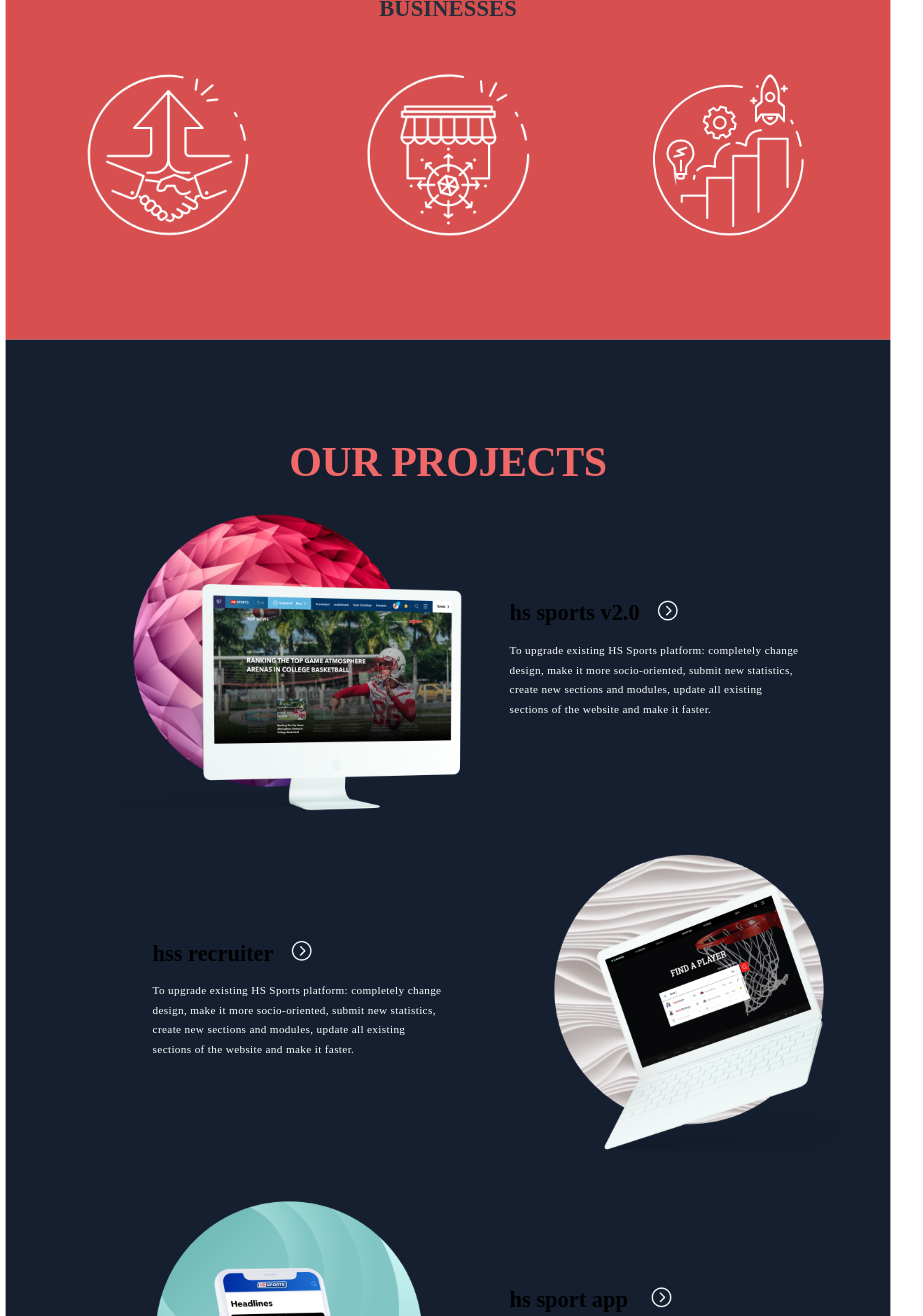
Repository: batonAnton/Ukiepro_girl
Page: index.html
An editor plug-in stored every save of this project. The page is shown before and after the next save, followed by the edit.
The browser window is 1280 px wide. The page is 1318 px wide, so the pictures cover 1318 px, including what lies to the right of the window. The pictures show the part of the page from y = 3146 to 5026 px (the page is 9087 px tall), at 70% of full size.

Above is the page before, as saved 2020-04-28 15:02:22.

### index.html
<!DOCTYPE html>
<html lang="en">
  <head>
    <meta charset="UTF-8" />
    <meta name="viewport" content="width=device-width, initial-scale=1.0" />
    <meta content="width=device-width, initial-scale=1" name="viewport" />
    <title>Main Page</title>
    <link rel="stylesheet" href="./Css/style.css" />
    <link rel="stylesheet" href="./Css/media-query.css" />
    <link rel="stylesheet" href="Css/owl.carousel.min.css" />

    <script
      src="https://code.jquery.com/jquery-3.4.1.slim.min.js"
      integrity="sha256-pasqAKBDmFT4eHoN2ndd6lN370kFiGUFyTiUHWhU7k8="
      crossorigin="anonymous"
    ></script>
    <script src="js/owl.carousel.min.js"></script>
    <script src="js/owl-carousel.js"></script>
  </head>
  <body>
    <div>
      <div class="block1">
        <nav>
          <a href="">services</a>
          <a href="">about</a>
          <a href="">portfolio</a>
          <a href="">contact</a>
        </nav>
        <div class="big_logo">
          <img src="./img/Combined_Shape.png" alt="" />

          <div class="btn_block1">
            <p>
              Automating your <br />
              business is up to
            </p>

            <button>Contact us</button>
          </div>
        </div>
        <div class="girl">
          <img src="./img/girl.png" alt="" />
        </div>
      </div>

      <div class="container block2">
        <div class="block2_info">
          <div class="block2_img">
            <img src="/img/block2_logo.png" alt="" />
          </div>

          <div class="weare">
            <h1 class="h1_general">we are</h1>
            <p>
              Business is not about success but about efficiency! <br />
              We are engaged in the implementation of automated <br />
              solutions for commercially-oriented projects. We <br />
              redesign in order to save your time and money.
            </p>
            <button>More about us</button>
          </div>
        </div>

        <div class="container three_img_info">
          <div class="same_img_info">
            <h1>designers</h1>
            <img src="./img/designer.png" alt="" />
            <p>create</p>
          </div>

          <div class="same_img_info">
            <h1>developers</h1>
            <img src="./img/developers.png" alt="" />
            <p>programme</p>
          </div>

          <div class="same_img_info">
            <h1>qa testers</h1>
            <img src="./img/qa.png" alt="" />
            <p>quality</p>
          </div>
        </div>

        <div class="container block2_info2">
          <div class="wemake">
            <h1 class="h1_general">we make</h1>

            <p>
              New tools for organizing new approaches and principles of <br />
              work. <br />
              We create custom websites and mobile applications from <br />
              scratch. We take a new look at ready-made websites and <br />
              mobile applications. <br />
              Basically, these are business tools that organize people's <br />
              work, and help to collect and analyze information.
            </p>

            <button>Our services</button>
          </div>

          <div class="block2_img_rombo">
            <img src="/img/rombo.png" alt="" />
          </div>
        </div>

        <div class="container block2_info2 lastblock">
          <!-- <div> -->
          <h1 class="h1_general" style="margin-left: 10%;">
            technology partner for
          </h1>
          <!-- </div> -->

          <div class="same_img_info">
            <h1>co-founder</h1>
            <img src="./img/co-founder.png" alt="" />
          </div>

          <div class="same_img_info">
            <h1>
              small & medium <br />
              businesses
            </h1>
            <img src="./img/business.png" alt="" />
          </div>

          <div class="same_img_info">
            <h1>startups</h1>
            <img src="./img/startup.png" alt="" />
          </div>
        </div>
      </div>

      <!-- block3 -->

      <div class="block3">
        <h1 class="h1_general">our projects</h1>
        <div class="container block3_same_block">
          <img src="./img/block3_1.png" alt="" />
          <div class="block3_info">
            <h1>
              hs sports v2.0<button class="row_btn">
                <img src="./img/ico_next.png" alt="" />
              </button>
            </h1>
            <p>
              To upgrade existing HS Sports platform: completely change <br />
              design, make it more socio-oriented, submit new statistics, <br />
              create new sections and modules, update all existing <br />
              sections of the website and make it faster.
            </p>
          </div>
        </div>

        <div class="container block3_same_block block3_2">
          <img src="./img/block3_2.png" alt="" />
          <div class="block3_info_2">
            <h1>
              hss recruiter<button class="row_btn">
                <img src="./img/ico_next.png" alt="" />
              </button>
            </h1>
            <p>
              To upgrade existing HS Sports platform: completely change <br />
              design, make it more socio-oriented, submit new statistics, <br />
              create new sections and modules, update all existing <br />
              sections of the website and make it faster.
            </p>
          </div>
        </div>

        <div class="container block3_same_block">
          <img src="./img/block3_3.png" alt="" />
          <div class="block3_info">
            <h1>
              hs sport app
              <button class="row_btn">
                <img src="./img/ico_next.png" alt="" />
              </button>
            </h1>
            <p>
              To upgrade existing HS Sports platform: completely change <br />
              design, make it more socio-oriented, submit new statistics, <br />
              create new sections and modules, update all existing <br />
              sections of the website and make it faster.
            </p>
          </div>
        </div>
        <button>view all</button>
      </div>

      <!-- block4 -->

      <div class="block4">
        <img src="./img/block4_people.png" alt="" />
        <div class="block4_info">
          <h1>THE TEAM</h1>
          <p>
            Talented developers. <br />
            We are the team of 25 talented and experienced developers. <br />
            <br />
            We started working on a startup, we engage up to 5 programmers, 1
            <br />
            QA and a manager. Thus, efficient and successful products involve 25
            <br />
            people working on them.
          </p>
        </div>
      </div>

      <!-- block5_slide carousel -->

      <div class="container block5">
        <div class="owl-carousel">
          <!-- <div class="item">
            <div class="block5_info">
              <img src="./img/img_ava.png" alt="" />
              <h1>D.Tramble</h1>
              <p>
                Oh my God! After starting an automated <br />
                process of an old business, I have got the <br />
                impression that 10 people in the company just <br />
                pretend to be working!
              </p>
            </div>
          </div> -->

          <p>
            Lorem ipsum, dolor sit amet consectetur adipisicing elit. Molestias,
            necessitatibus possimus libero at quidem quibusdam cum quis debitis
            sed ea excepturi blanditiis doloremque nobis! Laudantium nihil quis
            enim amet modi!
          </p>

          <p>
            Lorem ipsum, dolor sit amet consectetur adipisicing elit. Molestias,
            necessitatibus possimus libero at quidem quibusdam cum quis debitis
            sed ea excepturi blanditiis doloremque nobis! Laudantium nihil quis
            enim amet modi!
          </p>

          <p>
            Lorem ipsum, dolor sit amet consectetur adipisicing elit. Molestias,
            necessitatibus possimus libero at quidem quibusdam cum quis debitis
            sed ea excepturi blanditiis doloremque nobis! Laudantium nihil quis
            enim amet modi!
          </p>
        </div>
      </div>

      <!-- block6 anketa -->

      <div class="container block6">
        <div class="block6_info1">
          <div class="block6_info">
            <h1>get in touch</h1>
            <p>If you’ve got an issue, feel free to contact us.</p>

            <form action="">
              <!-- <label for="fname">Your name</label> <br> -->
              <input
                type="text"
                name="fname"
                id="fname"
                placeholder="Your name"
              />
              <br />
              <input
                type="tel"
                id="phone"
                name="phone"
                placeholder="mobile phone"
              />
              <br />
              <input type="email" placeholder="e-mail" /> <br />
              <input type="text" name="message" id="" placeholder="Message" />
              <br />
            </form>

            <button>Send</button>
          </div>
        </div>
        <div class="block6_img">
          <img src="./img/block6_girl.png" alt="" />
        </div>
      </div>

      <div class="container block7">
        <div class="block7_info1">
          <input
            type="image"
            id="image"
            alt="Login"
            src="./img/ukrepro_logo_foot.png"
            alt="logo"
          />
          <p>
            Company slogan or other description. <br />
            Main features that calls positive emotions <br />
            from users. Readable text, SEO, keywords <br />
            etc.
          </p>

          <input
            class="socialNet"
            type="image"
            id="image"
            alt="Login"
            src="./img/facebook.png"
            alt=""
          />
          <input
            class="socialNet"
            type="image"
            id="image"
            alt="Login"
            src="./img/instagram.png"
            alt=""
          />
        </div>

        <div class="block7_info2">
          <div class="nav_div">
            <h1>menu</h1>
            <nav>
              <a href="">Home page</a>
              <a href="">services</a>
              <a href="">about</a>
              <a href="">portfolio</a>
              <a href="">contact</a>
            </nav>
          </div>

          <div class="contacts_nav">
            <h1>contacts</h1>
            <nav>
              <a href="#location"
                ><img src="./img/icon_location.png" alt="" /> Lviv, Lemkivska
                9</a
              >
              <a href="email">
                <img src="./img/icon_email .png" alt="" /> info@ukiepro.com</a
              >
              <a href="phoneNum">
                <img src="./img/icon_phone.png" alt="" /> +38 (093) 69 81 184<br />
                +38 (099) 642 51 09</a
              >
            </nav>
          </div>
        </div>
      </div>

      <footer>
        <p>All rights reserved © 2019</p>
      </footer>
    </div>
  </body>
</html>

### Css/media-query.css
@media all and (max-width: 1920px) {
  .block2_img_rombo img {
    margin: -12% 0% 0% 55%;
  }
}

@media all and (min-width: 1785px) and (max-width: 1880px) {
  block2_img img {
    left: -29%;
  }
}

@media all and (min-width: 1620px) and (max-width: 1785px) {
  block2_img img {
    left: -40%;
  }
}

@media all and (min-width: 1620px) and (max-width: 1780px) {
  .block2_img img {
    left: -36%;
  }
}
@media all and (max-width: 1705px) {
  .block2_img img {
    left: -33%;
  }
}

@media all and (min-width: 1435px) and (max-width: 1485px) {
  .block2_img img {
    left: -45%;
  }
}

@media all and (min-width: 1360px) and (max-width: 1435px) {
  .block2_img img {
    left: -49%;
  }
}

@media all and (max-width: 1350px) {
  .block2_img img {
    left: -60%;
  }
}

@media all and (min-height: 535px) {
  .weare {
    margin: 20% 10%;
  }
}

@media all and (max-width: 1650px) {
  .block2_img_rombo img {
    margin: -12% 0% 0% 35%;
  }
}

@media all and (min-width: 1120px) and (max-width: 1450px) {
  .big_logo {
    max-width: 80%;
  }

  .big_logo img {
    height: auto;
  }
  .block4_info {
    margin-left: -140px;
  }

  .block2_info {
    padding-bottom: 0px;
  }

  .block3_2 {
    margin-left: 210px;
  }

  .block6_img {
    /* width: 40%; */
    padding-top: 50px;
    margin-left: 145px;
  }
  .block6_info {
    margin: 60px 0px 0px 120px;
  }

  .block6 h1 {
    font-size: 50px;
  }

  .block6 {
    padding: 100px 0px 100px 0px;
  }
}

@media all and (min-width: 750px) and (max-width: 1120px) {
  .block1 nav {
    margin-left: -120px;
  }

  .btn_block1 {
    margin-left: 0px;
  }

  .block1 p {
    font-size: 25px;
  }

  .block1 button {
    width: 180px;
  }

  .big_logo {
    max-width: 80%;
  }

  .big_logo img {
    height: auto;
  }

  .block1 .girl img {
    width: 60%;
    height: auto;
  }
  .block6 {
    padding: 100px 0px 100px 0px;
  }
}

/* SMALL  SCREEN */
@media all and (max-width: 320px) {
  * {
    text-align: center;
  }

  .block1 nav {
    display: none;
  }

  .block1 .girl img {
    width: 80%;
    height: auto;
    top: 60%;
    left: 13%;
  }

  .block1 .big_logo {
    padding-bottom: 220px;
  }

  .block1 img {
    width: 80%;
    height: auto;
  }

  .block1 p {
    font-size: 25px;
    height: auto;
  }

  .btn_block1 {
    margin-left: 0px;
    text-align: center;
  }

  /* block2 */
  .block2_img,
  .block2_img_rombo {
    display: none;
  }

  .block2 h1 {
    font-size: 45px;
    text-align: center;
  }

  .block2 button {
    margin-top: 100px;
  }

  .weare p,
  .wemake p {
    font-size: 18px;
    text-align: center;
    height: auto;
    margin-left: auto;
    margin-right: auto;
    width: 220px;
  }

  .wemake,
  .weare {
    margin: auto;
    float: unset;
  }

  .weare {
    margin-top: 100px;
  }
  .block2_info,
  .three_img_info {
    padding-bottom: 0px;
  }

  .block2 .three_img_info {
    display: block;
  }

  .block2 .three_img_info h1,
  .wemake h1 {
    font-size: 35px;
  }

  .same_img_info p {
    width: auto;
    transform: none;
    font-size: 20px;
    margin-top: -100%;
  }

  .same_img_info {
    width: auto;
    height: 400px;
  }
}

Loaded but not shown: Css/owl.carousel.min.css (library); js/owl.carousel.min.js (library); js/owl-carousel.js (17 lines, source omitted); Css/style.css (615 lines, source omitted)

After the next save:
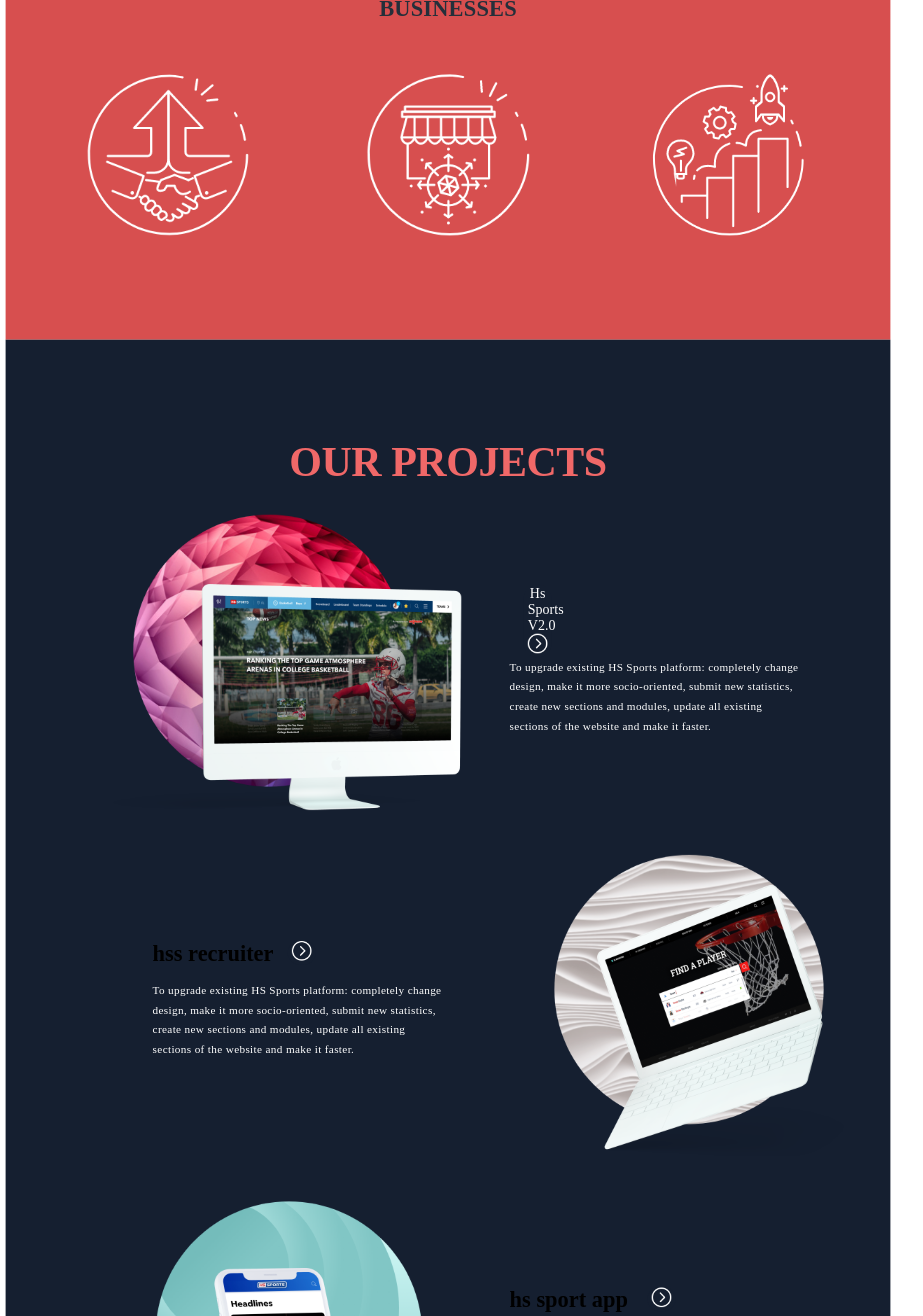
Saved 73 s later.
--- a/index.html
+++ b/index.html
@@ -137,11 +137,11 @@
         <div class="container block3_same_block">
           <img src="./img/block3_1.png" alt="" />
           <div class="block3_info">
-            <h1>
-              hs sports v2.0<button class="row_btn">
-                <img src="./img/ico_next.png" alt="" />
-              </button>
-            </h1>
+            <button class="row_btn">
+              hs sports v2.0
+              <img src="./img/ico_next.png" alt="" />
+            </button>
+
             <p>
               To upgrade existing HS Sports platform: completely change <br />
               design, make it more socio-oriented, submit new statistics, <br />
